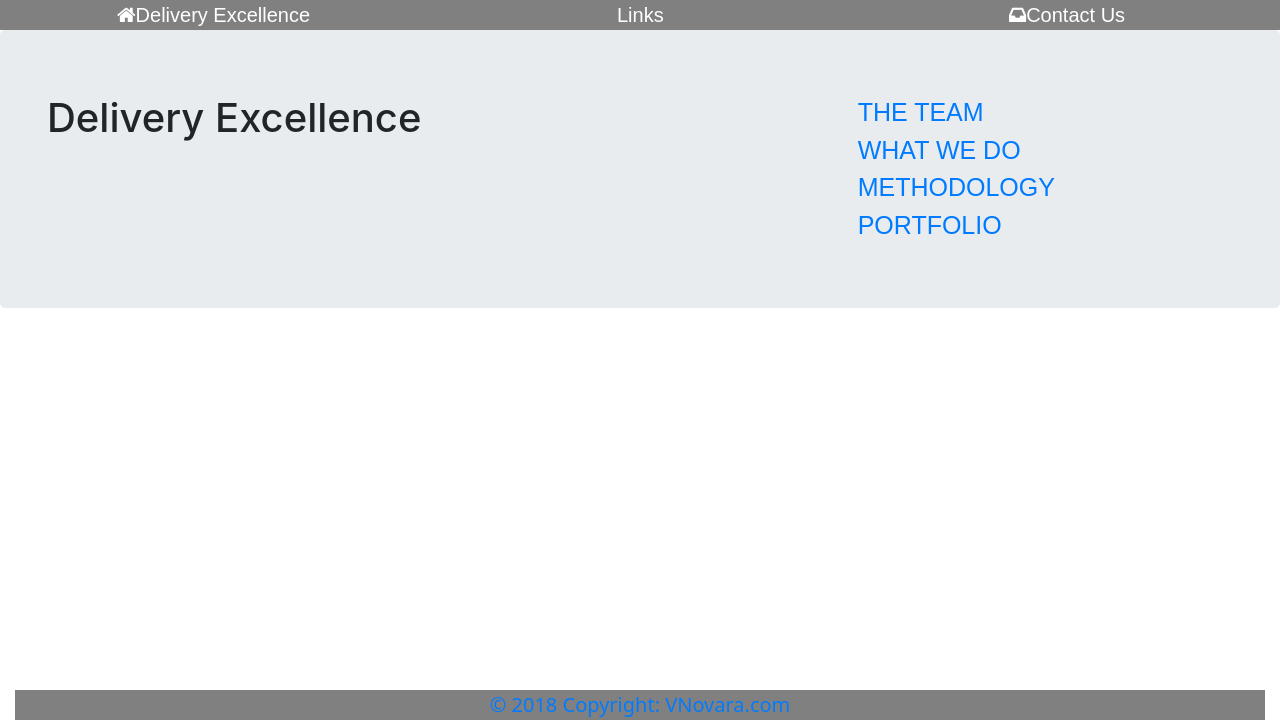
Repository: valenovi76/DeliveryExcellence
Page: index.html
The author's editor kept a record of every edit. The page is drawn from the files as they stood at one moment, then again after the next edit.
The browser window is 1280 px wide. The pictures show the whole page.

Above is the page before.

### index.html
<!DOCTYPE html>
<html lang="en">
<head>
    <meta charset="UTF-8">
    <meta name="viewport" content="width=device-width, initial-scale=1.0">
    <meta http-equiv="X-UA-Compatible" content="ie=edge">
    <link rel="stylesheet" href="https://stackpath.bootstrapcdn.com/bootstrap/4.3.1/css/bootstrap.min.css" integrity="sha384-ggOyR0iXCbMQv3Xipma34MD+dH/1fQ784/j6cY/iJTQUOhcWr7x9JvoRxT2MZw1T" crossorigin="anonymous">
    <link rel="stylesheet" href="https://stackpath.bootstrapcdn.com/font-awesome/4.7.0/css/font-awesome.min.css" type="text/css" />
    <link rel="stylesheet" href="https://cdnjs.cloudflare.com/ajax/libs/hover.css/2.3.1/css/hover-min.css" type="text/css" />
    <link rel="stylesheet" href="./assets/style.css" type="text/css" />
    <title>Document</title>
</head>
<body>
    <header>
        <div class="container-fluid">
            <div class= "row">
                <div class="col-sm home">
                    <a href="index.html" class="hvr-sweep-to-bottom"><i class="fa fa-home" aria-hidden="true"></i><span>Delivery Excellence</span></a>
                </div>
                <div class="col-sm links">
                    <a href="#" class="hvr-sweep-to-bottom"><i class="fas fa-grip-lines" aria-hidden="true"></i><span>Links</span></a>
                </div>
                <div class="col-sm contact">
                    <a href="#" class="hvr-sweep-to-bottom"><i class="fa fa-inbox" aria-hidden="true"></i><span>Contact Us</span></a>
                </div>
            </div>
        </div>
    </header>
    <section>

         <!-- Parallax 1-->


      <div class="jumbotron paral paralsec1">
          <div class="container-fluid">
              <div class="row">
                  <div class="col-8">
                      <h1 class "main_title">Delivery Excellence</h1>
                  </div>

                  <div class="col-4">
                          <nav class="nav flex-column" "text-justify">
    					  <a class="nav-link-who-we-are" href="who_we_are.html" target="_blank"><span>The team</span></a>
    					  <a class="nav-link-what-we-do" href="what_we_do.html" target="_blank"><span>What we do</span></a>
    					  <a class="nav-link-how-we-do-it" href="how_we_do_it.html" target="_blank"><span>Methodology</span></a>
    					  <a class="nav-link-portfolio" href="portfolio.html" target="_blank"><span>Portfolio</span></a>
                      </nav>
                  </div>
              </div>
          </div>
      </div>




    </section>

    <footer class="container-fluid font-small blue fixed-bottom">
                <div class="footer-copyright">
                    <a href="https://mdbootstrap.com/education/bootstrap/"> © 2018 Copyright: VNovara.com</a>
                </div>
    </footer>



</body>
</html>

### assets/style.css
/*----------------------------Header-----------------------*/

header{
    background-color:grey;
}
.col-sm {
    text-align:center;
}

header a{
    font-family: "Fjalla Ona", sans-serif;
    font-weight: 100;
    font-size: 20px;
    color:white;
    text-align: center;
}

 heaeder a:hover {
  color: grey;
  text-decoration: none;
 }

.fa-grip-lines{
    color:#fafafa;
}

/*----------------------------navbar-----------------------*/
nav {
    font-family: "Fjalla Ona", sans-serif;
    font-weight: 100;
    font-size: 25px;
    color:white;
    text-transform:uppercase;
    text-align: left;

}
 nav: hover {
  color: grey;
  text-decoration: none;
 }
/*----------------------------Footer-----------------------*/
.container-fluid{
    margin-left: 0;
    margin-right:0;
}
.footer-copyright{
    background-color: grey;
    text-align: center;
}

.footer-copyright a {
    font-family:"Noto sans", sans-serif;
    font-weight:100;
    font-size:20px;
}

After the next edit:
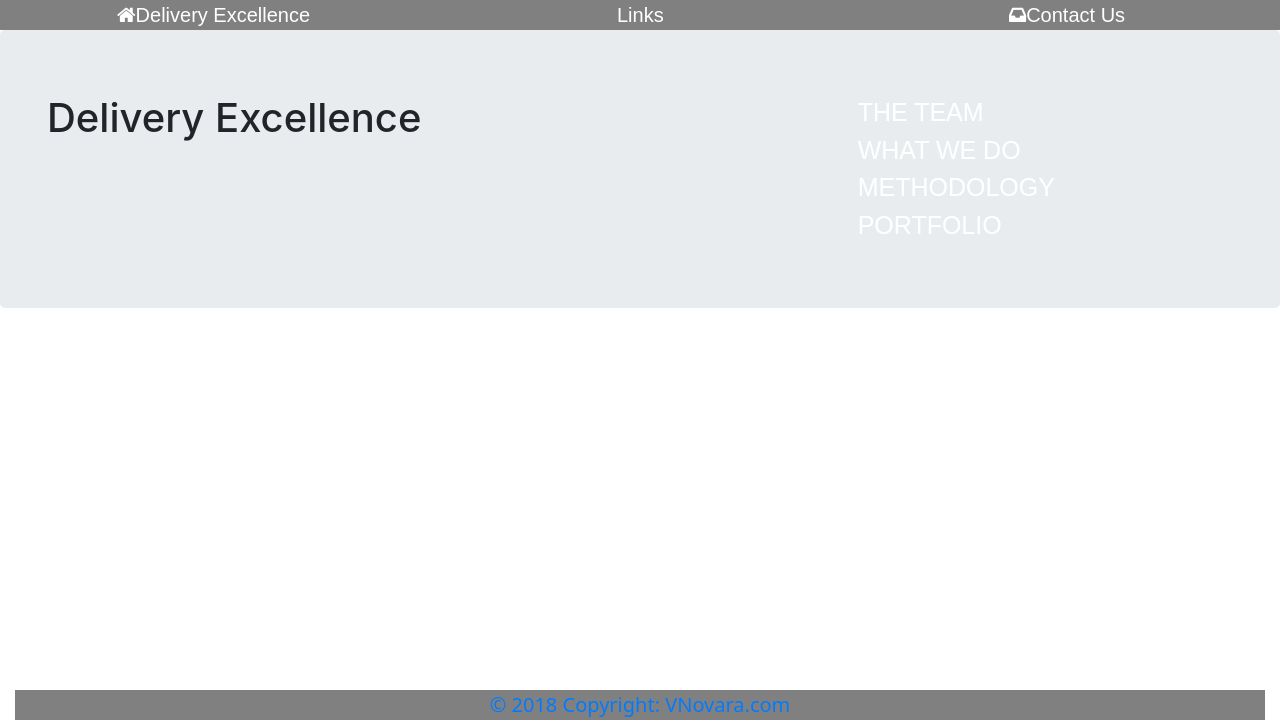
The edit:
--- a/assets/style.css
+++ b/assets/style.css
@@ -25,7 +25,7 @@
 }
 
 /*----------------------------navbar-----------------------*/
-nav {
+nav a {
     font-family: "Fjalla Ona", sans-serif;
     font-weight: 100;
     font-size: 25px;
